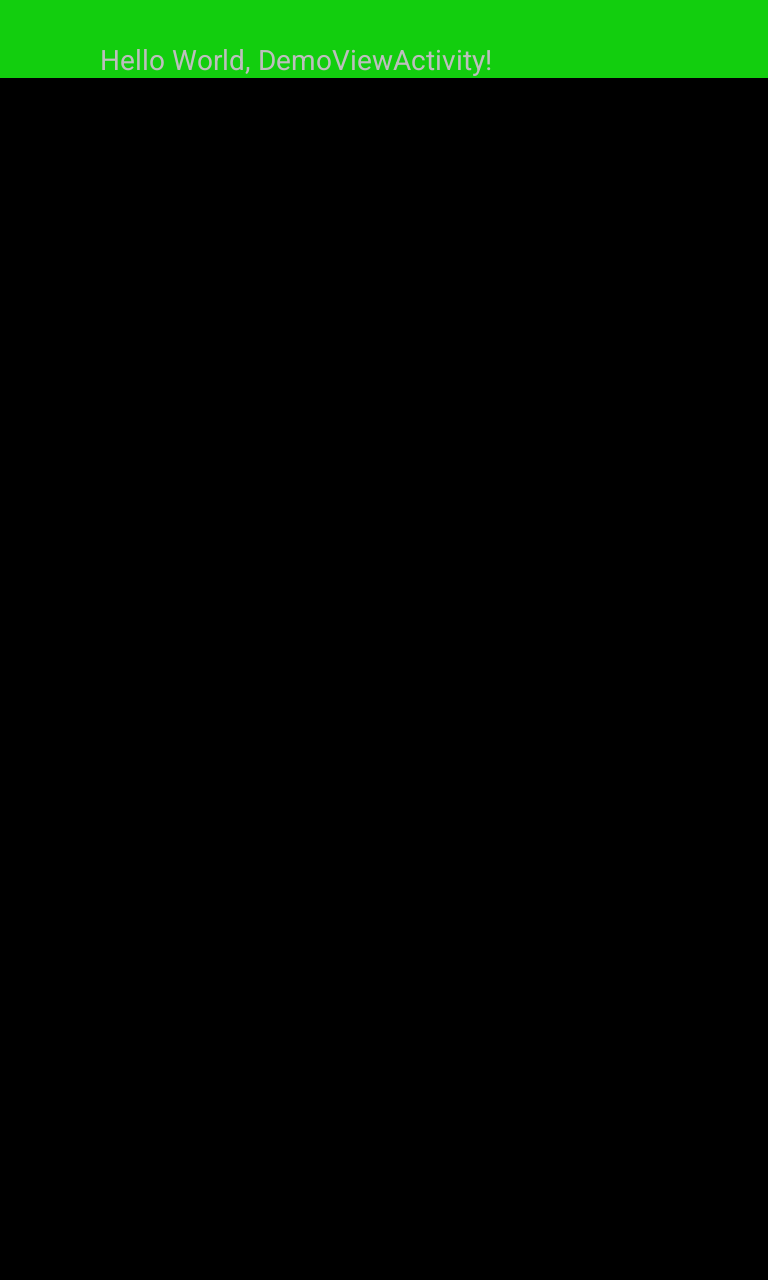
Repository: GuangmingChan/DevelopAndroidApp
Layout: demoView/res/layout/main.xml
The author's editor kept a copy of each file at every save. The layout is drawn from the files as they stood at one save, then again after the next save.
It is drawn on a 768 x 1280 px phone screen (xhdpi) without system bars, with theme android:Theme.Holo; the app's code is not run.

Above is the layout before, as saved 2017-03-10 02:36:58.

### demoView/res/layout/main.xml
<?xml version="1.0" encoding="utf-8"?>
<LinearLayout xmlns:android="http://schemas.android.com/apk/res/android"
    android:layout_width="fill_parent"
    android:layout_height="fill_parent"
    android:orientation="vertical" >

    <TextView
        android:layout_width="match_parent"
        android:layout_height="wrap_content"
        android:background="#12ce0e"
        android:paddingTop="20dp"
        android:paddingLeft="50dp"
        android:text="@string/hello" />

</LinearLayout>

### demoView/res/values/strings.xml
<?xml version="1.0" encoding="utf-8"?>
<resources>

    <string name="app_name">DemoView</string>
    <string name="hello">Hello World, DemoViewActivity!</string>

</resources>

After the next save:
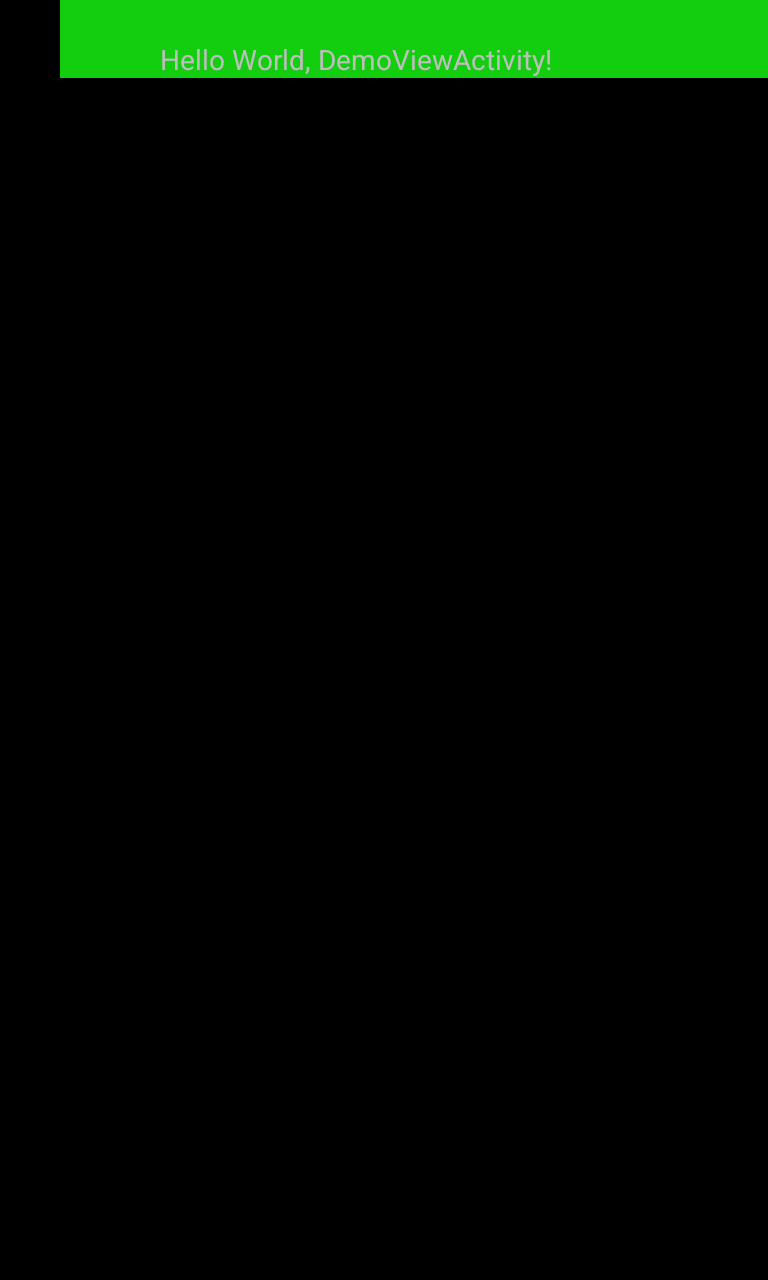
Saved 62 s later.
--- a/demoView/res/layout/main.xml
+++ b/demoView/res/layout/main.xml
@@ -10,6 +10,7 @@
         android:background="#12ce0e"
         android:paddingTop="20dp"
         android:paddingLeft="50dp"
+        android:layout_marginLeft="30dp"
         android:text="@string/hello" />
 
 </LinearLayout>
